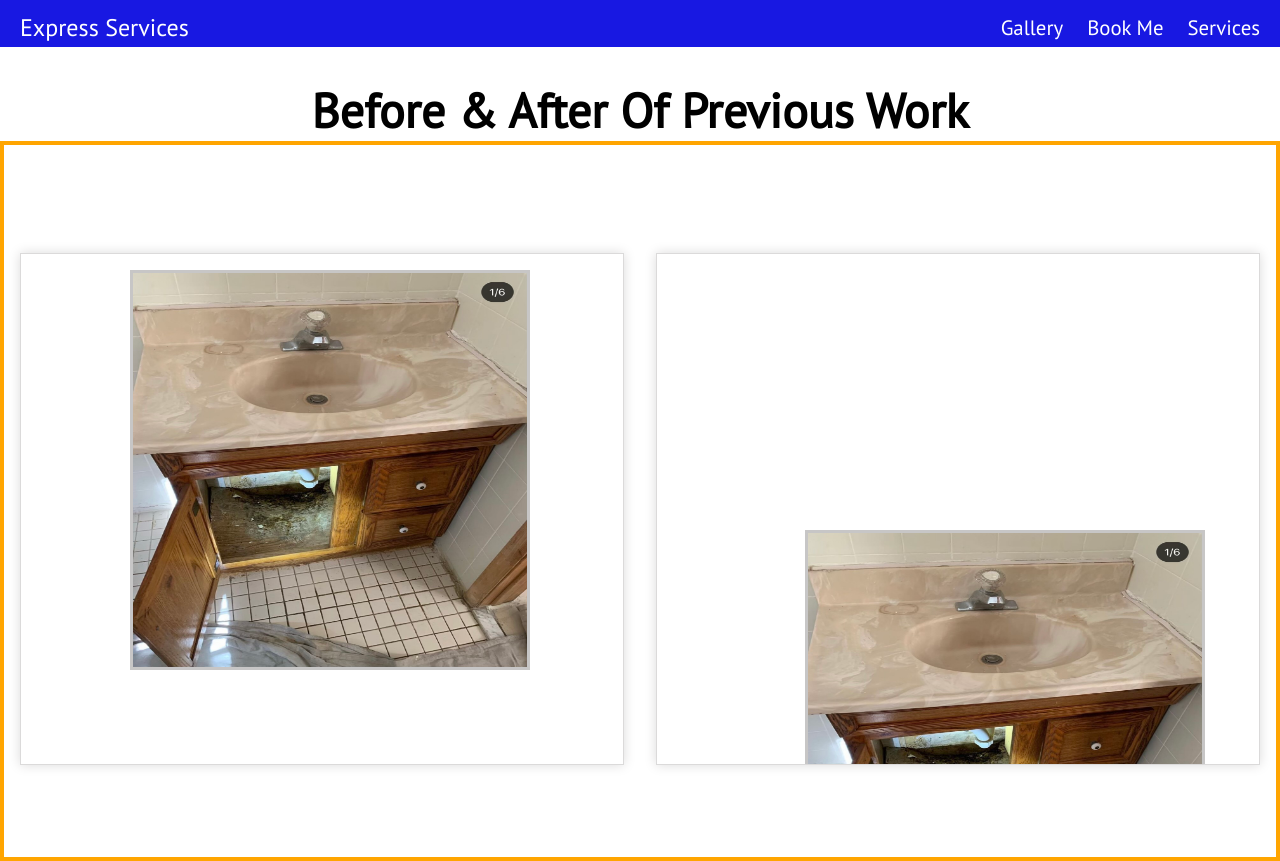
Repository: DrummerDee/mir-miami
Page: /Gallery (app in mr-miami/)
These files come from the project's save history. The page is drawn as it stood at one moment and after a run of saves; the edit follows.
The browser window is 1280 px wide. The pictures show the whole page.
An inner scrolling area shows only its first screen. The project was rebuilt for these pictures with package versions that can differ from the ones it lists, and the page was loaded fresh each time. Also part of the build but not shown: mr-miami/src/Components/Services.js, mr-miami/src/Components/Homepage.js, mr-miami/src/Styles/Calendar.css, mr-miami/src/Components/Times.js, mr-miami/src/Components/Time.js, mr-miami/src/Components/BookMe.js.

Above is the page before, as saved 2022-09-09 13:36:51.

After the next 2 saves:
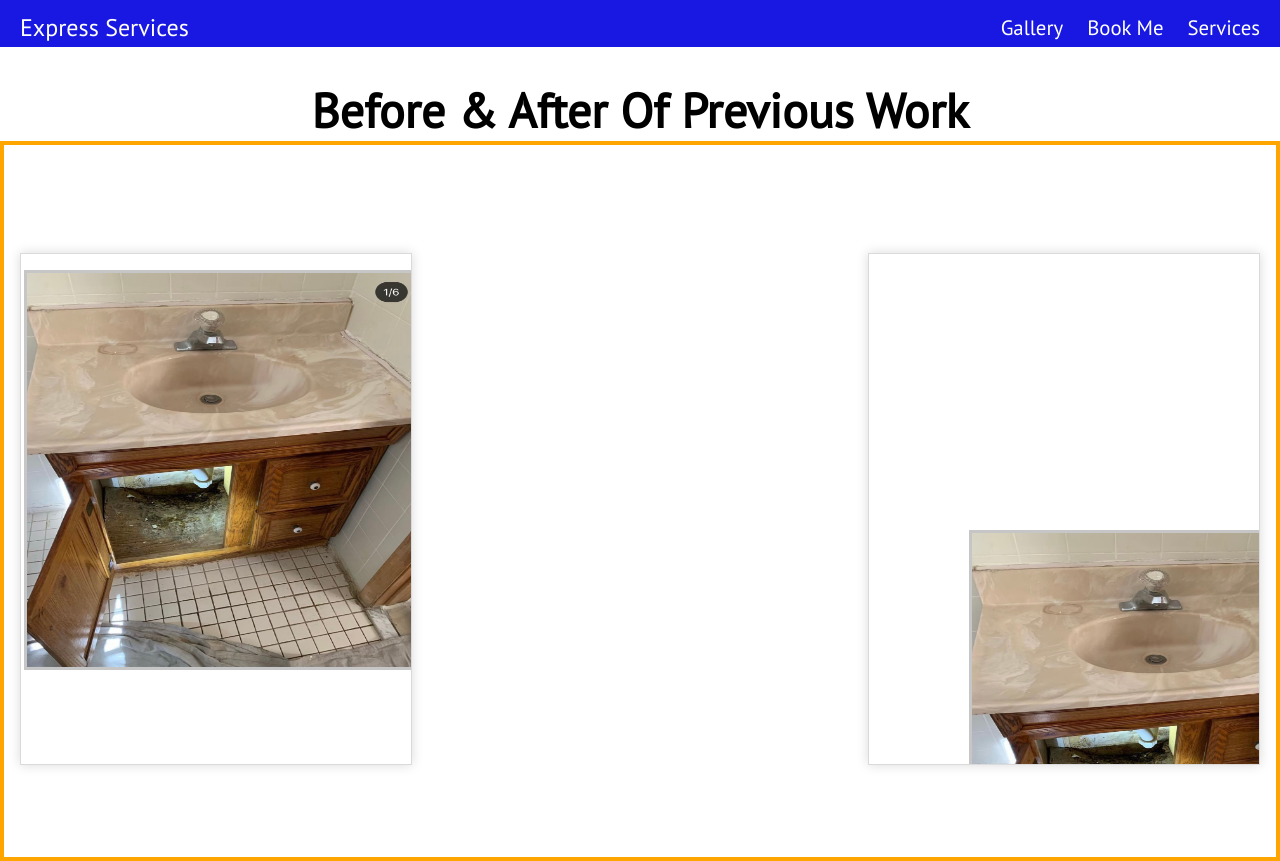
The 2 saves are shown as one change because they came seconds apart.
The last was saved 39 s later.
--- a/mr-miami/src/Styles/App.css
+++ b/mr-miami/src/Styles/App.css
@@ -20,10 +20,17 @@
   border: 0.3rem solid orange;
   height: 100vh;
 }
-.container{
-  width: 90%;
-  display: grid;
-  grid-template-columns: repeat(auto-fit, minmax(10rem, 1fr));
+.containers{
+  width: 100%;
+  display: flex;
+  flex-direction: column;
+  height: 72%;
+  overflow: hidden;
+  gap: 0.5rem;
+  padding: 1rem 0 0 1rem;
+  margin: 1rem 1rem 0 1rem;
+  overflow: auto;
+  justify-content: center;
 }
 .frame {
   border-radius: 0.3rem;
